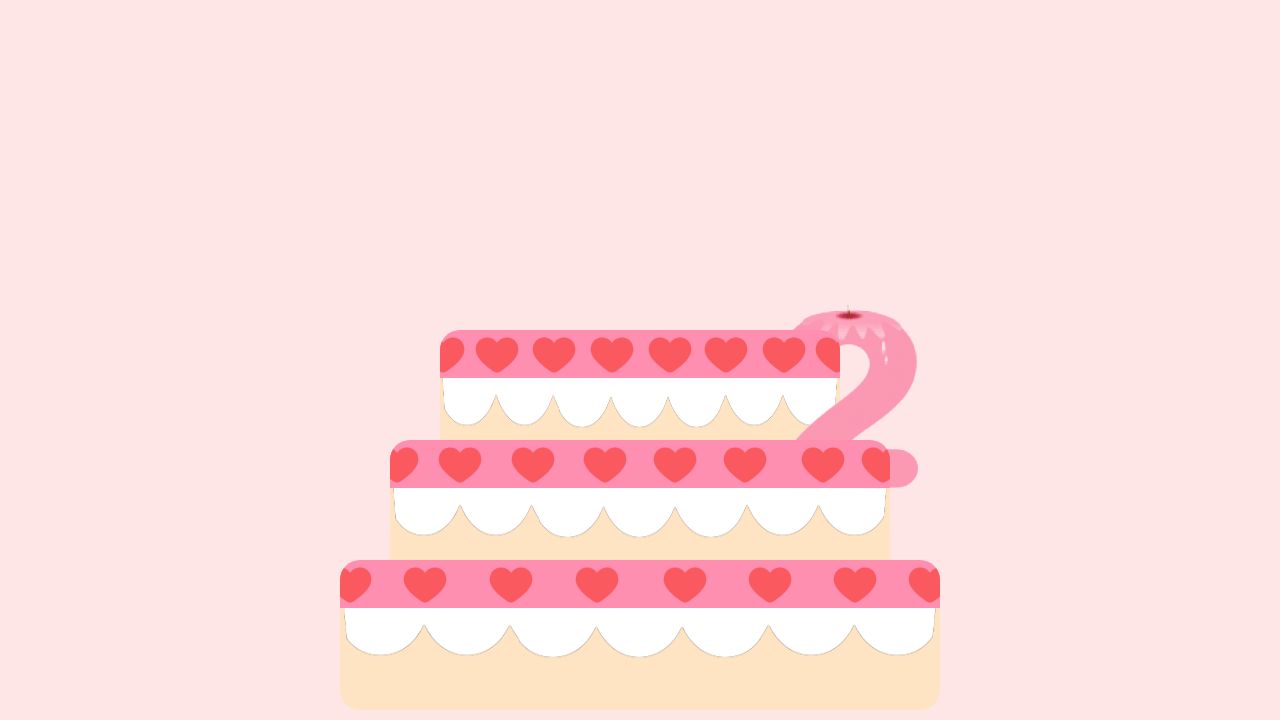
Repository: iphoneboy46/happybirthday
Page: index.html
The author's editor kept a copy of each file at every save. The page is drawn from the files as they stood at one save, then again after the next save.
The browser window is 1280 px wide. The pictures show the whole page.

Above is the page before, as saved 2022-11-28 17:29:28.

### index.html
<!DOCTYPE html>
<html lang="en">
  <head>
    <meta charset="UTF-8" />
    <meta http-equiv="X-UA-Compatible" content="IE=edge" />
    <meta name="viewport" content="width=device-width, initial-scale=1.0" />
    <title>Happy Birthday</title>
    <link rel="stylesheet" href="style.css" />
  </head>
  <body>
    <div class="container">
      <div class="cake">
        <div class="top--cake">
          <div class="img-wavy">
            <img src="image/img1.png" alt="" />
          </div>

          <div class="img-heart-1--top">
            <img src="image/heart.png" alt="" />
          </div>
          <div class="img-heart-2--top">
            <img src="image/heart.png" alt="" />
          </div>
          <div class="img-heart-3--top">
            <img src="image/heart.png" alt="" />
          </div>
          <div class="img-heart-4--top">
            <img src="image/heart.png" alt="" />
          </div>
          <div class="img-heart-5--top">
            <img src="image/heart.png" alt="" />
          </div>
          <div class="img-heart-6--top">
            <img src="image/heart.png" alt="" />
          </div>
          <div class="img-heart-7--top">
            <img src="image/heart.png" alt="" />
          </div>
          <div class="img-heart-8--top">
            <img src="image/heart.png" alt="" />
          </div>

          <div class="border-cake"></div>
        </div>
        <div class="center--cake">
          <div class="img-wavy">
            <img src="image/img1.png" alt="" />
          </div>
          <div class="img-heart-1--center">
            <img src="image/heart.png" alt="" />
          </div>
          <div class="img-heart-2--center">
            <img src="image/heart.png" alt="" />
          </div>
          <div class="img-heart-3--center">
            <img src="image/heart.png" alt="" />
          </div>
          <div class="img-heart-4--center">
            <img src="image/heart.png" alt="" />
          </div>
          <div class="img-heart-5--center">
            <img src="image/heart.png" alt="" />
          </div>
          <div class="img-heart-6--center">
            <img src="image/heart.png" alt="" />
          </div>
          <div class="img-heart-7--center">
            <img src="image/heart.png" alt="" />
          </div>
          <div class="img-heart-8--center">
            <img src="image/heart.png" alt="" />
          </div>

          <div class="border-cake"></div>
        </div>
        <div class="bottom--cake">
          <div class="img-wavy">
            <img src="image/img1.png" alt="" />
          </div>

          <div class="img-heart-1">
            <img src="image/heart.png" alt="" />
          </div>
          <div class="img-heart-2">
            <img src="image/heart.png" alt="" />
          </div>
          <div class="img-heart-3">
            <img src="image/heart.png" alt="" />
          </div>
          <div class="img-heart-4">
            <img src="image/heart.png" alt="" />
          </div>
          <div class="img-heart-5">
            <img src="image/heart.png" alt="" />
          </div>
          <div class="img-heart-6">
            <img src="image/heart.png" alt="" />
          </div>
          <div class="img-heart-7">
            <img src="image/heart.png" alt="" />
          </div>
          <div class="img-heart-8">
            <img src="image/heart.png" alt="" />
          </div>

          <div class="border-cake"></div>
        </div>
        <div class="number2">
            <img src="image/number2png.png" alt="">
        </div>
      </div>
    </div>
  </body>
</html>

### style.css
*{
    padding: 0;
    margin: 0;
    box-sizing: border-box;
}

.container{
   width: 100%;
    background-color: #FFE6E6;
   height: 100vh;
   display: flex;
   justify-content: center;
   align-items: flex-end;
}

.cake{
    display: flex;
    flex-direction: column;
    justify-content:center;
    align-items:center
}


.top--cake{
    position: relative;
    overflow: hidden;
    width: 400px;
    height:110px;
    background-color: bisque;
    border-top-left-radius:20px;
    border-top-right-radius:20px;

}



.center--cake{
    position: relative;
    overflow: hidden;
    width: 500px;
    height:120px;
    background-color: bisque;
    border-top-left-radius:20px;
    border-top-right-radius:20px;

}


.bottom--cake{
    position: relative;
    overflow: hidden;
    width: 600px;
    height:150px;
    background-color: bisque;
    border-radius:20px;
    margin-bottom: 10px;
}



.img-wavy{
    width: 100%;
    height: 100px;
}

.img-wavy img{
    width: 100%;
    height: 100%;
}

.img-heart-1{
    z-index: 3;
    position: absolute;
    top: 0px;
    left: -15px;
    width:50px;
    height:50px;
}


.img-heart-1 img{
    width: 100%;
    height: 100%;
}

.img-heart-2{
    z-index: 3;
    position: absolute;
    top: 0px;
    left: 60px;
    width:50px;
    height:50px;
}


.img-heart-2 img{
    width: 100%;
    height: 100%;
}


.img-heart-3{
    z-index: 3;
    position: absolute;
    top: 0px;
    left: 146px;
    width:50px;
    height:50px;
}


.img-heart-3 img{
    width: 100%;
    height: 100%;
}

.img-heart-4{
    z-index: 3;
    position: absolute;
    top: 0px;
    left: 232px;
    width:50px;
    height:50px;
}


.img-heart-4 img{
    width: 100%;
    height: 100%;
}

.img-heart-5{
    z-index: 3;
    position: absolute;
    top: 0px;
    left: 320px;
    width:50px;
    height:50px;
}


.img-heart-5 img{
    width: 100%;
    height: 100%;
}

.img-heart-6{
    z-index: 3;
    position: absolute;
    top: 0px;
    left: 405px;
    width:50px;
    height:50px;
}


.img-heart-6 img{
    width: 100%;
    height: 100%;
}

.img-heart-7{
    z-index: 3;
    position: absolute;
    top: 0px;
    left: 490px;
    width:50px;
    height:50px;
}


.img-heart-7 img{
    width: 100%;
    height: 100%;
}

.img-heart-8{
    z-index: 3;
    position: absolute;
    top: 0px;
    right: -15px;
    width:50px;
    height:50px;
}


.img-heart-8 img{
    width: 100%;
    height: 100%;
}



.border-cake{
    z-index: 2;
    position: absolute;
    top: 0;
    width: 100%;
    height: 48px;
    background-color: #FF8FB1;
}


.img-heart-1--center{
    z-index: 3;
    position: absolute;
    top: 0px;
    left: -18px;
    width:50px;
    height:50px;
}


.img-heart-1--center img{
    width: 100%;
    height: 100%;
}

.img-heart-2--center{
    z-index: 3;
    position: absolute;
    top: 0px;
    left: 45px;
    width:50px;
    height:50px;
}


.img-heart-2--center img{
    width: 100%;
    height: 100%;
}


.img-heart-3--center{
    z-index: 3;
    position: absolute;
    top: 0px;
    left: 118px;
    width:50px;
    height:50px;
}


.img-heart-3--center img{
    width: 100%;
    height: 100%;
}

.img-heart-4--center{
    z-index: 3;
    position: absolute;
    top: 0px;
    left: 190px;
    width:50px;
    height:50px;
}


.img-heart-4--center img{
    width: 100%;
    height: 100%;
}

.img-heart-5--center{
    z-index: 3;
    position: absolute;
    top: 0px;
    left: 260px;
    width:50px;
    height:50px;
}


.img-heart-5--center img{
    width: 100%;
    height: 100%;
}

.img-heart-6--center{
    z-index: 3;
    position: absolute;
    top: 0px;
    left: 330px;
    width:50px;
    height:50px;
}


.img-heart-6--center img{
    width: 100%;
    height: 100%;
}

.img-heart-7--center{
    z-index: 3;
    position: absolute;
    top: 0px;
    left: 408px;
    width:50px;
    height:50px;
}


.img-heart-7--center img{
    width: 100%;
    height: 100%;
}

.img-heart-8--center{
    z-index: 3;
    position: absolute;
    top: 0px;
    right: -18px;
    width:50px;
    height:50px;
}


.img-heart-8--center img{
    width: 100%;
    height: 100%;
}


.img-heart-1--top{
    z-index: 3;
    position: absolute;
    top: 0px;
    left: -22px;
    width:50px;
    height:50px;
}


.img-heart-1--top img{
    width: 100%;
    height: 100%;
}

.img-heart-2--top{
    z-index: 3;
    position: absolute;
    top: 0px;
    left: 32px;
    width:50px;
    height:50px;
}


.img-heart-2--top img{
    width: 100%;
    height: 100%;
}


.img-heart-3--top{
    z-index: 3;
    position: absolute;
    top: 0px;
    left: 89px;
    width:50px;
    height:50px;
}


.img-heart-3--top img{
    width: 100%;
    height: 100%;
}

.img-heart-4--top{
    z-index: 3;
    position: absolute;
    top: 0px;
    left: 147px;
    width:50px;
    height:50px;
}


.img-heart-4--top img{
    width: 100%;
    height: 100%;
}

.img-heart-5--top{
    z-index: 3;
    position: absolute;
    top: 0px;
    left: 205px;
    width:50px;
    height:50px;
}


.img-heart-5--top img{
    width: 100%;
    height: 100%;
}

.img-heart-6--top{
    z-index: 3;
    position: absolute;
    top: 0px;
    left: 261px;
    width:50px;
    height:50px;
}


.img-heart-6--top img{
    width: 100%;
    height: 100%;
}

.img-heart-7--top{
    z-index: 3;
    position: absolute;
    top: 0px;
    left: 319px;
    width:50px;
    height:50px;
}


.img-heart-7--top img{
    width: 100%;
    height: 100%;
}

.img-heart-8--top{
    z-index: 3;
    position: absolute;
    top: 0px;
    right: -22px;
    width:50px;
    height:50px;
}


.img-heart-8--top img{
    width: 100%;
    height: 100%;
}

.number2{
    position: absolute;
    top: 305px;
    left: 778px;
}

After the next save:
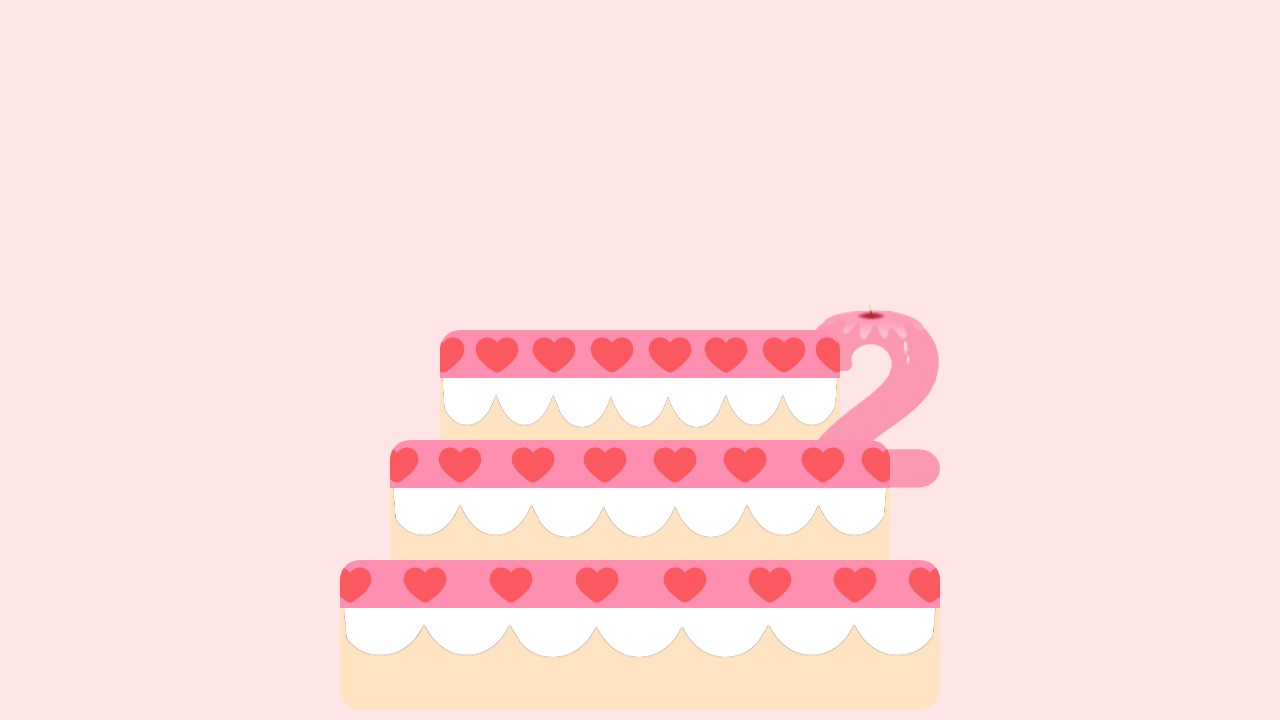
Saved 13 s later.
--- a/style.css
+++ b/style.css
@@ -447,5 +447,5 @@
 .number2{
     position: absolute;
     top: 305px;
-    left: 778px;
-}
+    left: 800px;
+}
